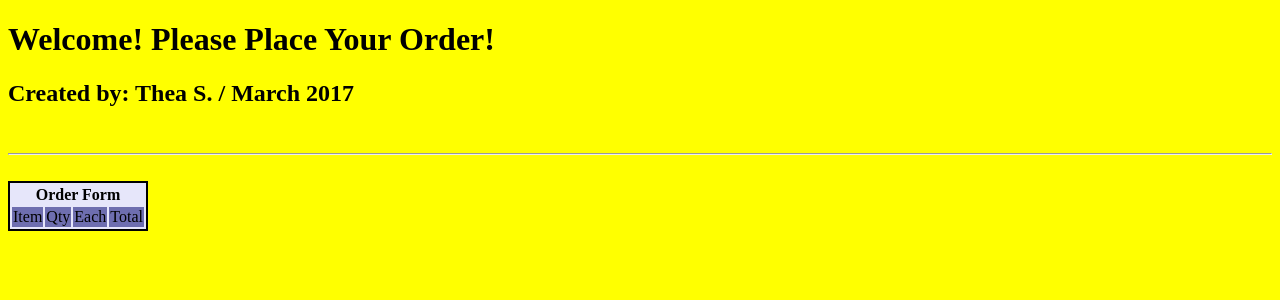
Repository: m-rabbit/b1_sukianto_code
Page: websites/MyOrderForm/index.html
An editor plug-in stored every save of this project. The page is shown before and after the next save, followed by the edit.
The browser window is 1280 px wide. The pictures show the whole page.

Above is the page before, as saved 2017-03-06 15:16:24.

### websites/MyOrderForm/index.html
<!DOCTYPE html>
<html>
	<head>
		<meta charset="UTF-8">
		<title>My Order Form</title>
		<style>
			body {
				background-color: #FFFF00;
			}
			table {
				background-color: #E6E6FA;
				border: 2px solid black;
				width: 400;
				cellpadding: 5;
				cellspacing: 0;
				summary: ""
			}
		</style>
	</head>
	<body>
		<h1>Welcome! Please Place Your Order!</h1>
		<h2>Created by: Thea S. / March 2017</h2>
		<br>
		<hr>
		<br>
		<form name="orderForm">
			<table>
				<tbody>
					<tr>
						<td colspan="4" align="center"><B>Order Form</B></td>
					</tr>
					<tr style="background-color:#6E6EAF">
						<td>Item</td><td>Qty</td><td>Each</td><td align="right">Total</td>
					</tr>
				</tbody>
			</table>
		</form>
	</body>
</html>

After the next save:
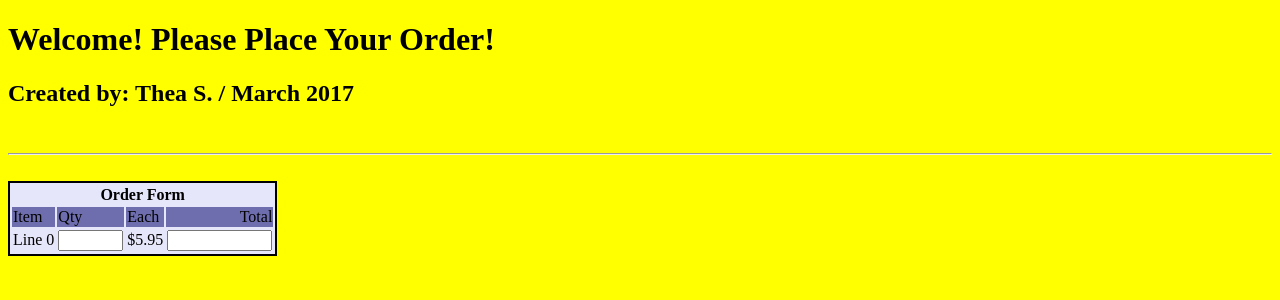
Saved 4 min 3 s later.
--- a/websites/MyOrderForm/index.html
+++ b/websites/MyOrderForm/index.html
@@ -32,6 +32,12 @@
 					<tr style="background-color:#6E6EAF">
 						<td>Item</td><td>Qty</td><td>Each</td><td align="right">Total</td>
 					</tr>
+					<tr>
+						<td>Line 0</td>
+						<td><input name="line" type="text" size="5" value="" onkeyup="count(this.form,0,5.95)"></td>
+						<td>$5.95</td>
+						<td align="right"><input name="line_sum" type="text" size="10" readonly></td>
+					</tr>
 				</tbody>
 			</table>
 		</form>
